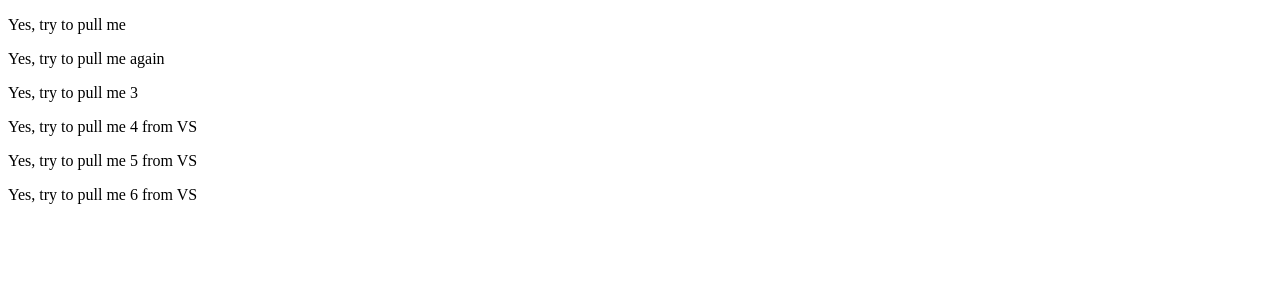
Repository: kerudai/julTest
Page: ignore.html
The author's editor kept a copy of each file at every save. The page is drawn from the files as they stood at one save, then again after a run of saves.
The browser window is 1280 px wide. The pictures show the whole page.

Above is the page before, as saved 2020-07-27 22:12:32.

### ignore.html
<!DOCTYPE html>
<html lang="en">
<head>
   <meta charset="UTF-8">
    <meta name="viewport" content="width=device-width, initial-scale=1.0">
    <title>Document</title>
</head>
<body>
    <p>Yes, try to pull me</p>
    <p>Yes, try to pull me again</p>
    <p>Yes, try to pull me 3</p>
    <p>Yes, try to pull me 4 from VS</p>
    <p>Yes, try to pull me 5 from VS</p>
    <p>Yes, try to pull me 6 from VS</p>
</body>
</html>

After the next 2 saves:
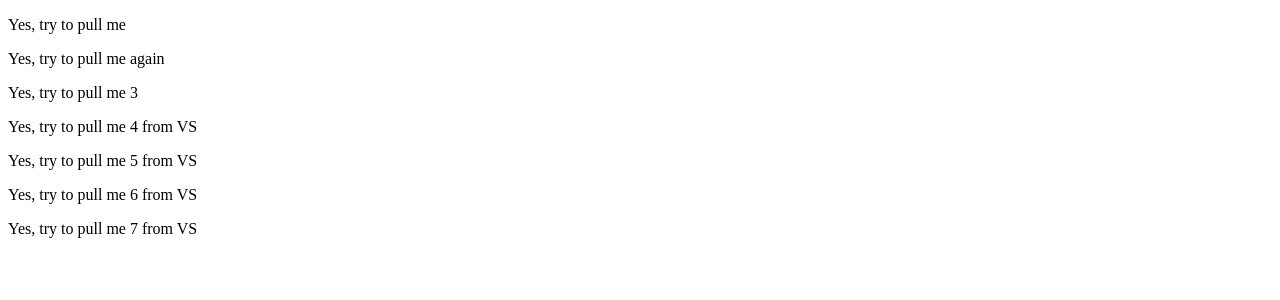
The 2 saves are shown as one change because they came seconds apart.
The last was saved 48 s later.
--- a/ignore.html
+++ b/ignore.html
@@ -12,5 +12,6 @@
     <p>Yes, try to pull me 4 from VS</p>
     <p>Yes, try to pull me 5 from VS</p>
     <p>Yes, try to pull me 6 from VS</p>
+    <p>Yes, try to pull me 7 from VS</p>
 </body>
 </html>
